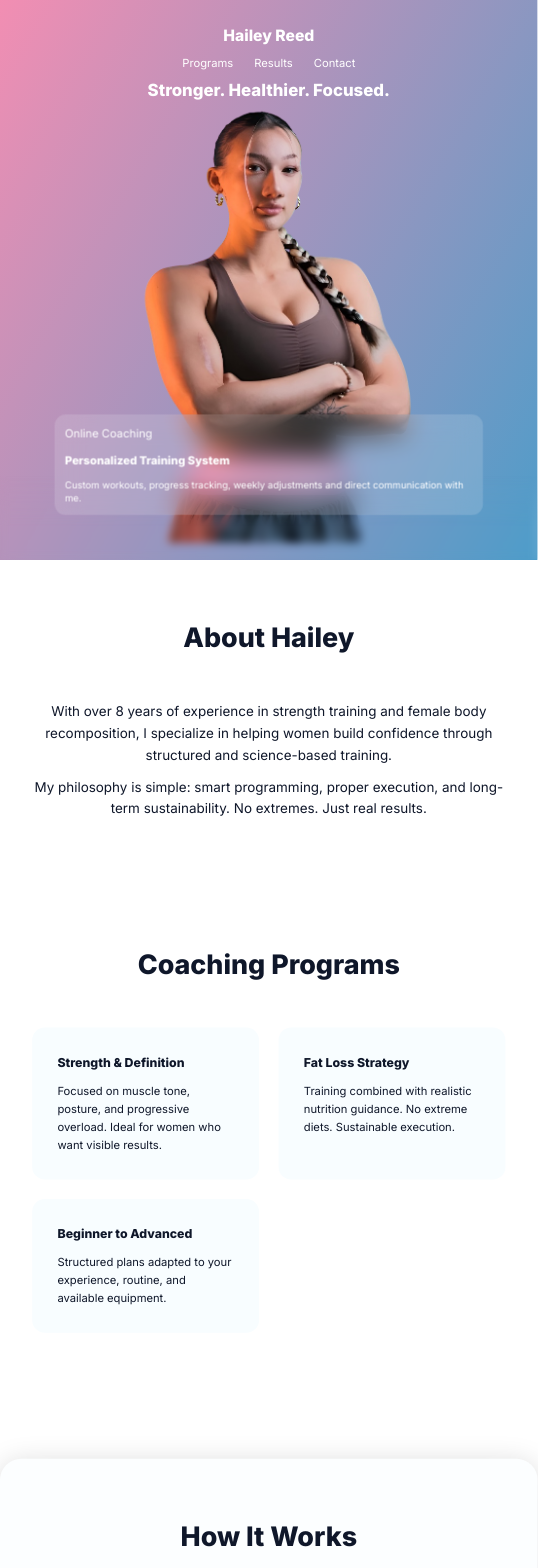
Repository: davidfsillva/Hailey-Reed-Coaching
Page: index.html
The author's editor kept a copy of each file at every save. The page is drawn from the files as they stood at one save, then again after the next save.
The browser window is 768 px wide. The pictures show the part of the page from y = 0 to 2240 px (the page is 5196 px tall), at 70% of full size.

Above is the page before, as saved 2026-02-12 11:53:04.

After the next save:
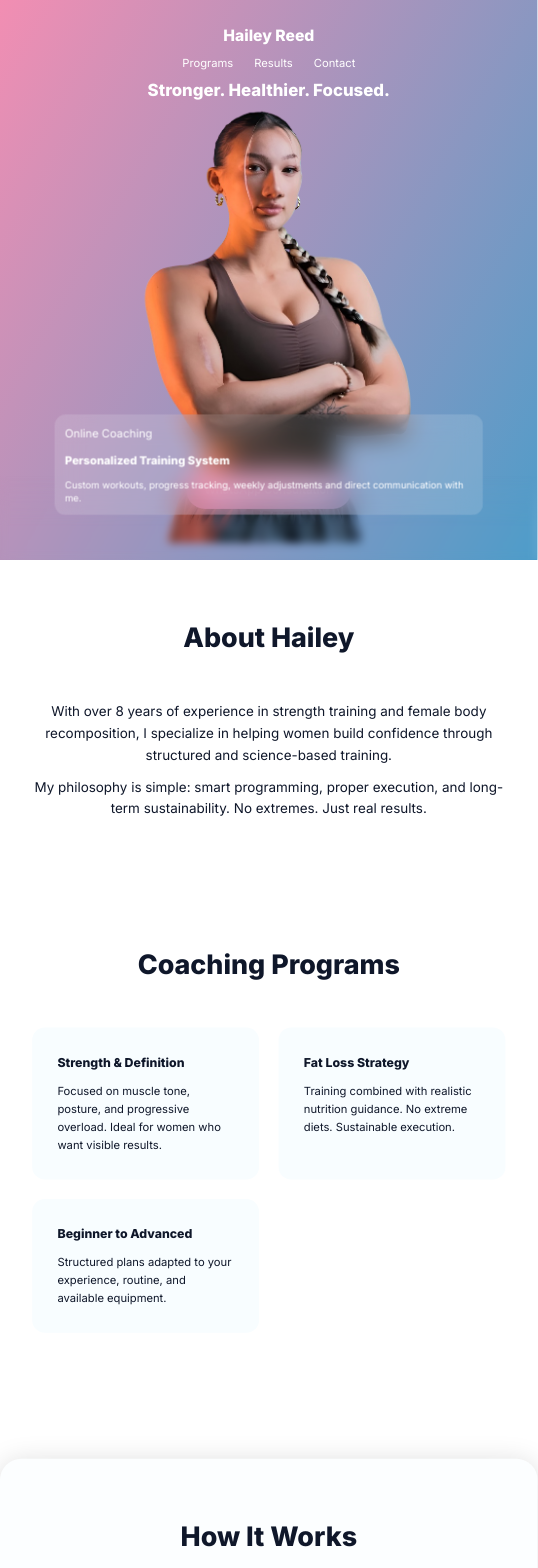
Saved 6 s later.
--- a/style.css
+++ b/style.css
@@ -433,7 +433,7 @@ body {
   }
 
   .whatsapp-btn {
-    margin-top: 460px;
+    margin-top: 480px;
     position: absolute;       /* permite mover livremente */
     transform: translateX(-50%); /* centraliza exatamente */
     z-index: 6;               /* acima de imagens e cards */
